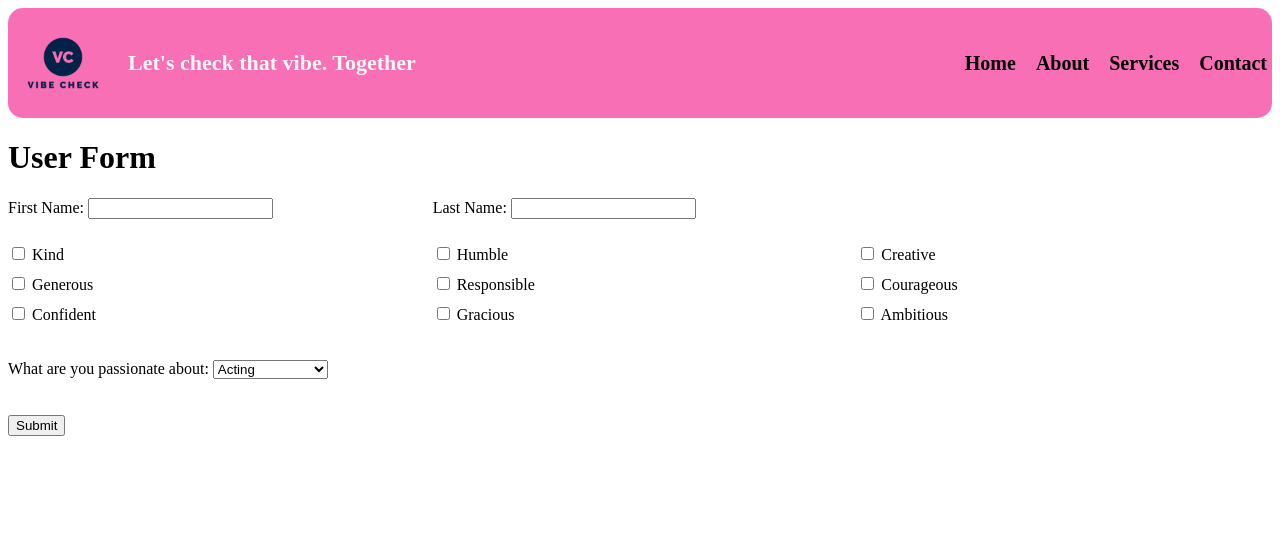
Repository: Chadloswald/Dis-Service
Page: docs/index.html
These files come from the project's save history. The page is drawn as it stood at one moment and after the next save; the edit follows.
The browser window is 1280 px wide. The pictures show the whole page.

Above is the page before, as saved 2023-05-02 10:55:28.

After the next save:
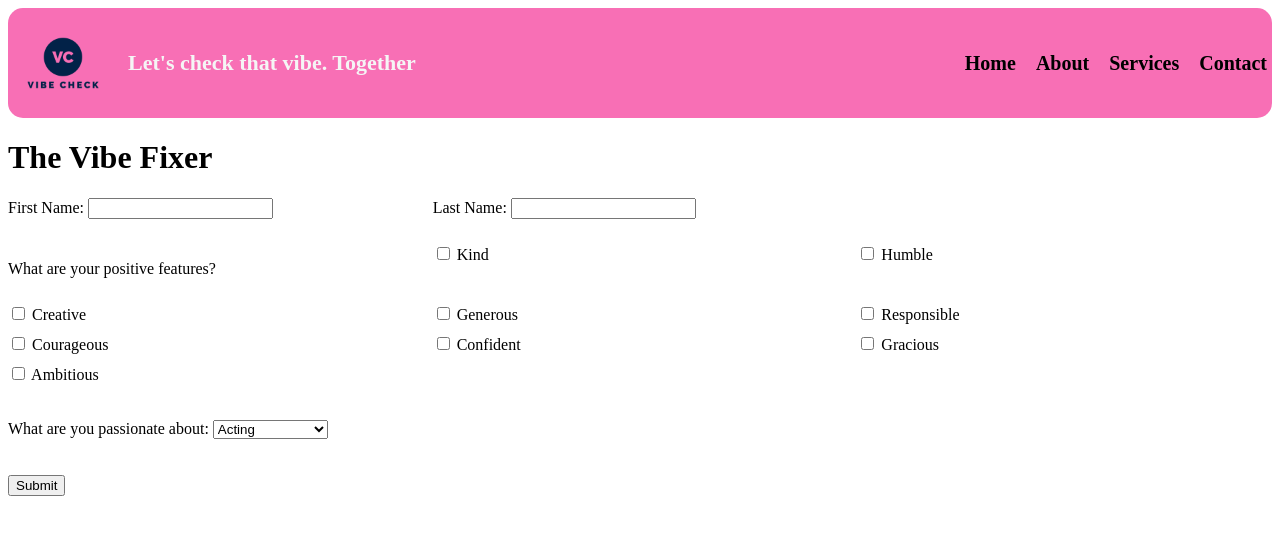
Saved 100 s later.
--- a/docs/index.html
+++ b/docs/index.html
@@ -20,7 +20,7 @@
 		  </ul>
 		</nav>
 	  </header>
-	<h1>User Form</h1>
+	<h1>The Vibe Fixer</h1>
 
 	<form>
 	<div id="checkbox-grid">
@@ -34,6 +34,7 @@
 		</label>
 		<br><br>
 		<!-- ----------------------------------------- -->
+		<p>What are your positive features?</p>
 		<label>
 			<input type="checkbox" name="option1" value="cruel">
 			Kind
